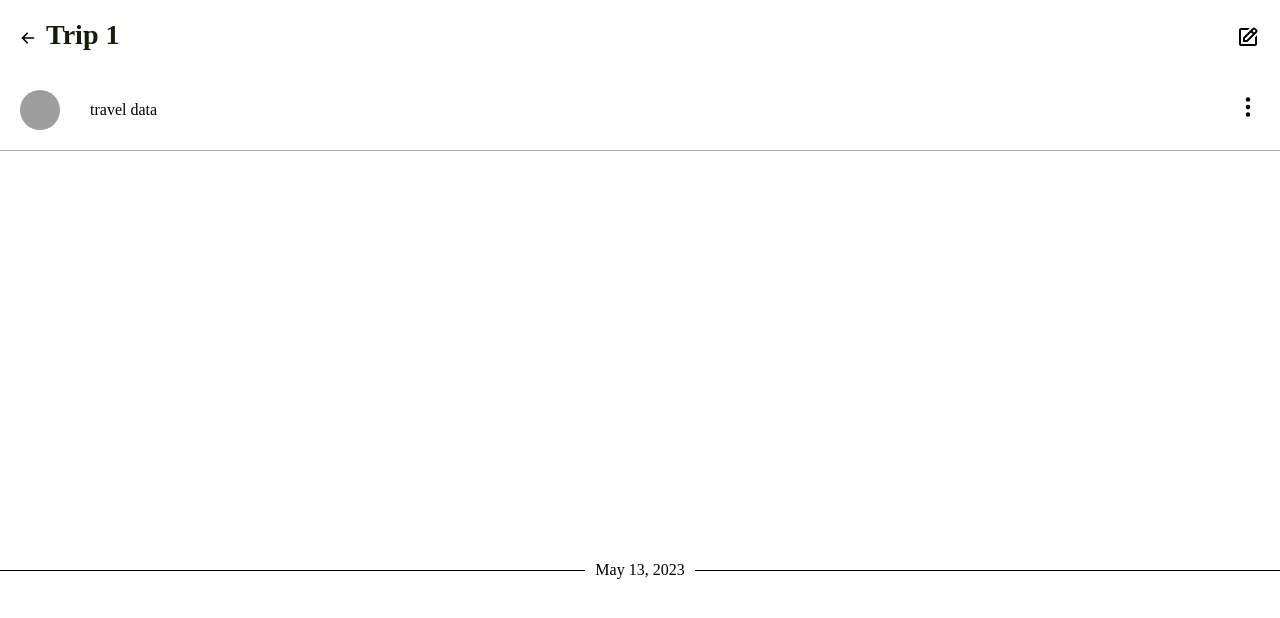
Repository: Abhi2359/PWA_Corider
Page: /
An editor plug-in stored every save of this project. The page is shown before and after the next save, followed by the edit.
The browser window is 1280 px wide. The pictures show the whole page.
Pictures or frames that could not be fetched are drawn as grey boxes. The page's requests for data from a server got no answer. The project was rebuilt for these pictures with package versions that can differ from the ones it lists, and the page was loaded fresh each time. No one was signed in, and anything a server would have sent is missing. Also part of the build but not shown: vite.config.js.

Above is the page before, as saved 2023-05-13 02:37:57.

After the next save:
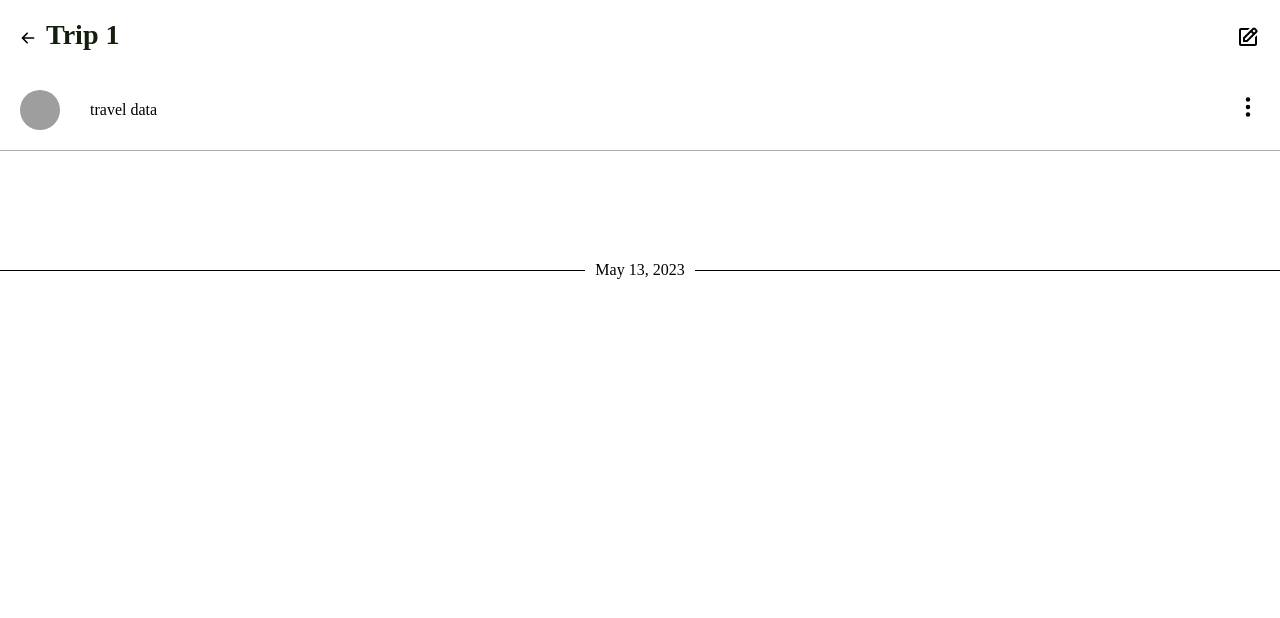
Saved 7 s later.
--- a/src/App.css
+++ b/src/App.css
@@ -71,7 +71,7 @@ color: #141E0D;
 .line {
     border-top: 0.5px solid #adacac;
     margin: 10px 0;
-    padding-bottom: 400px;
+    padding-bottom: 100px;
   }
 
   .date_container {
